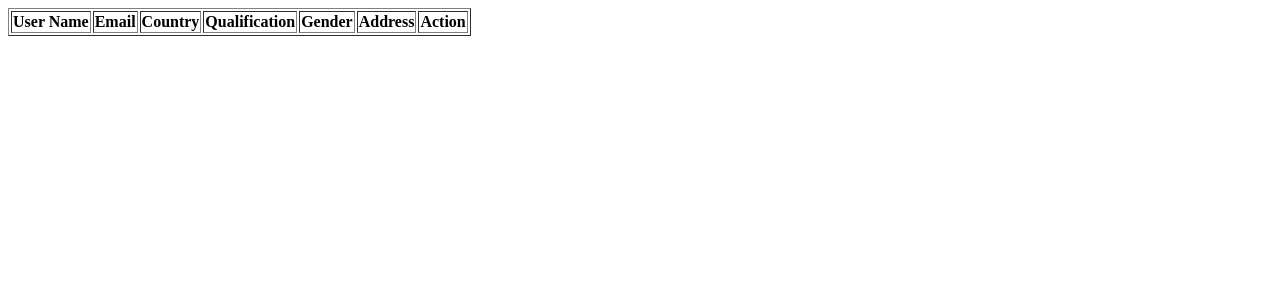
Repository: sainath0323/Website-design-using-J2EE
Page: http://localhost/AdvanceJavaApplication/viewsuccess.jsp
An editor plug-in stored every save of this project. The page is shown before and after the next save, followed by the edit.
The browser window is 1280 px wide. The pictures show the whole page.
The page is served by Tomcat 9. Other server files are loaded and not shown.

Above is the page before, as saved 2023-04-28 05:28:19.

### AdvanceJavaApplication/src/main/webapp/viewsuccess.jsp
<%@page import="com.sai.advanceapplication.viewusers.User"%>
<%@page import="java.util.List"%>
<%@ page language="java" contentType="text/html"%>
<%@taglib prefix="c"  uri="http://java.sun.com/jsp/jstl/core"%>
<!DOCTYPE html>
<html>
<head>
<style ></style>
</head>
<body>

<table border="1">
<tr>
<th>User Name</th>
<th>Email</th>
<th>Country</th>
<th>Qualification</th>
<th>Gender</th>
<th>Address</th>
<th>Action</th>
</tr>
<%   List<User>users= (List<User>) request.getAttribute("users"); %>
<c:forEach  items="${users }"  var="user" >
<tr>

<td> ${user.username}</td>
<td> ${user.email}</td>
<td> ${user.country}</td>
<td> ${user.qualification}</td>
<td> ${user.gender}</td>
<td> ${user.address}</td>
<td>
 <a href="#"><button>Edit</button> </a>
<a href="#"><button>Delete</button> </a>
 </td>


</tr>
</c:forEach>
</table>
</body>
</html>

After the next save:
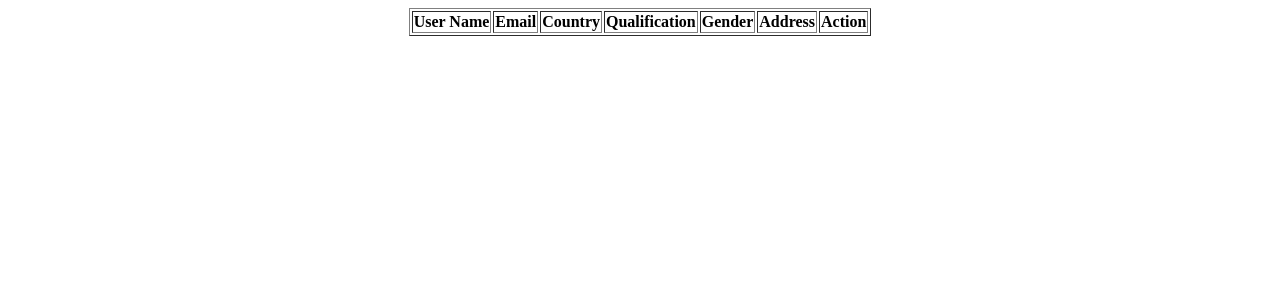
Saved 21 s later.
--- a/AdvanceJavaApplication/src/main/webapp/viewsuccess.jsp
+++ b/AdvanceJavaApplication/src/main/webapp/viewsuccess.jsp
@@ -5,7 +5,12 @@
 <!DOCTYPE html>
 <html>
 <head>
-<style ></style>
+<style >
+table{
+margin: auto;
+text-align: center;
+}
+</style>
 </head>
 <body>
 
